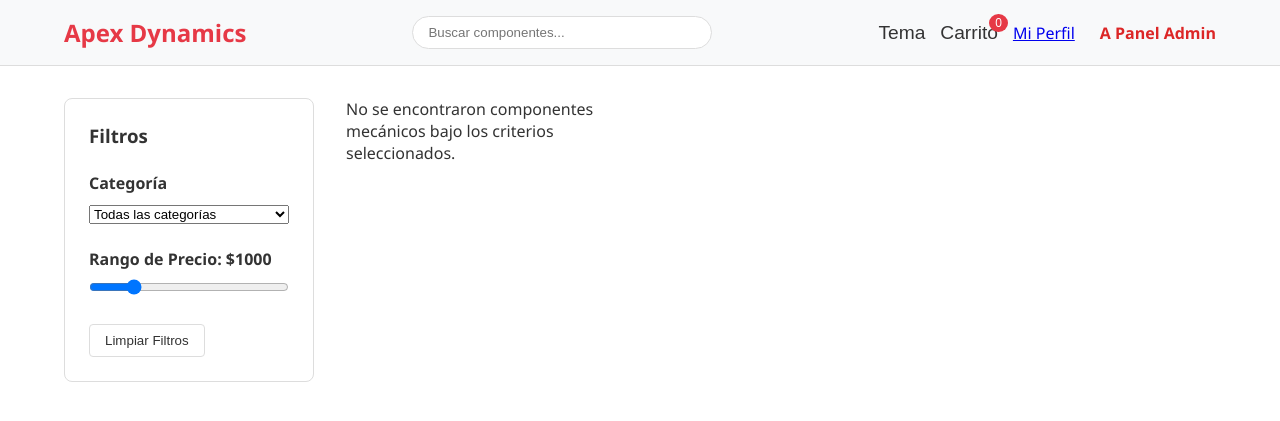
Repository: Niwrad774/Apex-Dynamics-Ecomerce
Page: html/cliente.html
An editor plug-in stored every save of this project. The page is shown before and after the next save, followed by the edit.
The browser window is 1280 px wide. The pictures show the whole page.
The page's requests for data from a server got no answer.

Above is the page before, as saved 2026-06-11 10:17:23.

After the next save:
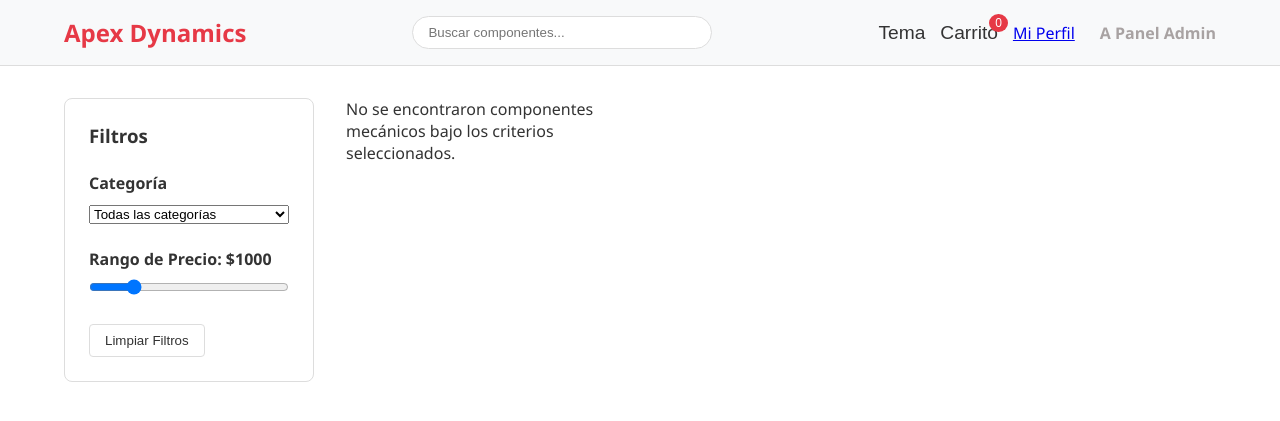
Saved 30 s later.
--- a/html/cliente.html
+++ b/html/cliente.html
@@ -16,7 +16,7 @@
             <button id="theme-toggle" class="btn-icon">Tema</button>
             <button id="cart-toggle" class="btn-icon"><span id="cart-count">0</span>Carrito</button>
             <a href="#perfil" class="profile-link">Mi Perfil</a>
-            <a href="admin.html" class="admin-link" style="margin-left: 10px; color: #dc2626; font-weight: bold; text-decoration: none;">A Panel Admin</a>
+            <a href="admin.html" class="admin-link" style="margin-left: 10px; color: #a8a2a2; font-weight: bold; text-decoration: none;">A Panel Admin</a>
         </nav>
     </header>
 
